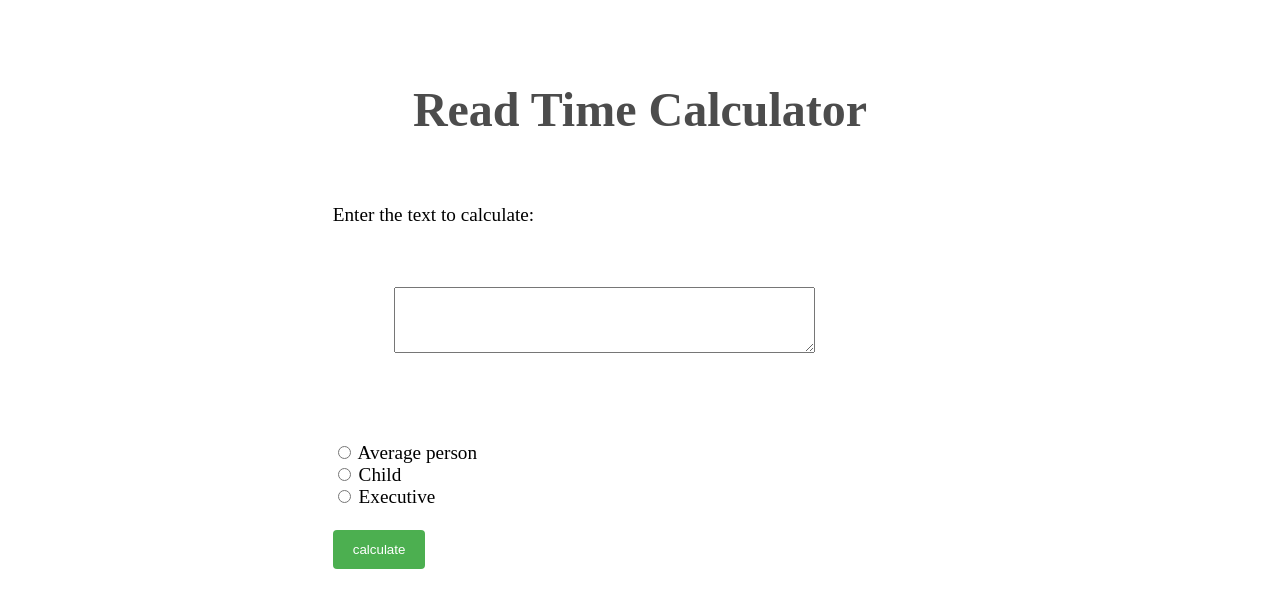
Repository: Full-Creative/Projects
Page: http://localhost/ReadTimeCalculator/
The author's editor kept a copy of each file at every save. The page is drawn from the files as they stood at one save, then again after the next save.
The browser window is 1280 px wide. The pictures show the whole page.
The page is served by Tomcat 9. Other server files are loaded and not shown.

Above is the page before, as saved 2020-11-19 10:34:13.

### ReadTimeCalculator/src/main/webapp/index.html
<!DOCTYPE html>
<html xmlns="http://www.w3.org/1999/xhtml" lang="en">
<head>
<meta http-equiv="content-type"
	content="application/xhtml+xml; charset=UTF-8" />
<title>Read Time Calculator</title>
<link rel="stylesheet" href="mystyle.css">

</head>
<body>

 	<header>
		<h1>Read Time Calculator</h1>
	<!--	<nav>
			<a href="">Average Read Time</a> <a href="">Child Read Time</a> <a
				href="">Executive Read Time</a>
		</nav>-->
	</header>
	<section class="userInput">
		<!--  <form action="/result" method="post" id="calculator">-->
		<label for="data" class="inputLabel">Enter the text to calculate:</label>
		<textarea id="data" name="data" rows="4" cols="50"></textarea>
		<br>
		<br> <input type="radio" id="average" name="type" value="average">
		<label for="type">Average person</label><br> <input type="radio"
			id="child" name="type" value="child"> <label for="type">Child</label><br>
		<input type="radio" id="executive" name="type" value="executive">
		<label for="type">Executive</label> <br>
		<br> <input type="submit" value="calculate" id="calculate">
		<br>
		<br>
		<div id="readTime"></div>
		<!-- </form>-->
	</section>
	<!--   <script src="http://code.jquery.com/jquery-latest.min.js"></script>-->
	<script src="script.js"></script>
</body>

</html>

### ReadTimeCalculator/src/main/webapp/mystyle.css
body {
	margin: 1%;
	padding: 1%;
	font-size: 100%;
}

header, footer {
	padding: 1%;
	margin: 1%;
}

header h1 {
	font-size: 3rem;
	color: rgba(0, 0, 0, .7);
	text-align: center;
}

nav {
	display: block;
	background-color: white;
	border: 1px solid black;
	text-align: center;
	border-radius: 35px;
	text-decoration: none;
	padding: 2%;
	margin: 1%;
}

nav a {
	padding: 1%;
	font-size: 1.2em;
}

.userInput {
	font-size: 1.2em;
	margin: auto;
	width: 50%;
	padding: 10px;
}

.userInput #data{
	margin :10%;
}

.userInput #calculate {
	background-color: #4CAF50;
	color: white;
	padding: 12px 20px;
	border: none;
	border-radius: 4px;
	cursor: pointer;
}

### ReadTimeCalculator/src/main/webapp/script.js
var element = document.querySelector('#calculate');

element.addEventListener("click", function() {
	onChangeSubmitCallWebServiceAJAX();
});
function onChangeSubmitCallWebServiceAJAX() {
	var data = document.getElementById("data").value;
	var type = document.querySelector('input[name="type"]:checked').value;
	xhr = new XMLHttpRequest();
	xhr.open('POST', 'time');
	xhr.setRequestHeader('Content-Type', 'application/json');
	xhr.onload = function() {
		if (xhr.status === 200 && xhr.readyState == 4) {
			document.getElementById('readTime').innerHTML = 'The read time of ' + JSON.parse(xhr.responseText).type + ' is ' + JSON.parse(xhr.responseText).minutes + ' minutes';
		}
		else if (xhr.status !== 200) {
			alert('Request failed.  Returned status of ' + xhr.status);
		}
	};

	xhr.send(JSON.stringify({
		text: data,
		type: type
	}));

}

After the next save:
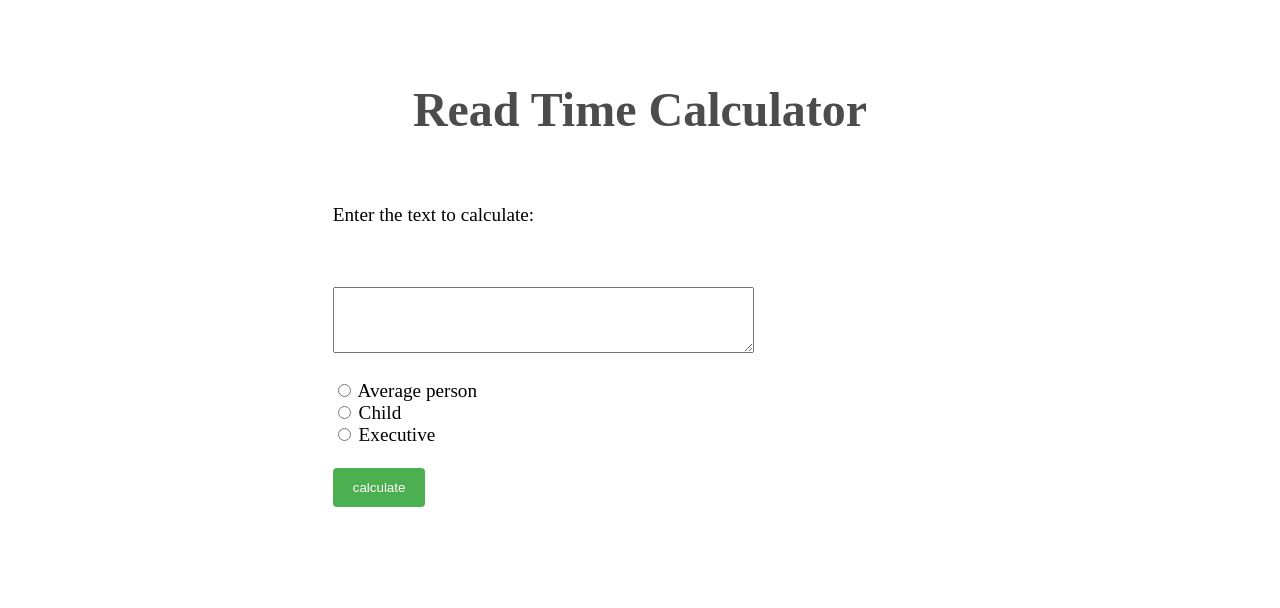
Saved 9 s later.
--- a/ReadTimeCalculator/src/main/webapp/mystyle.css
+++ b/ReadTimeCalculator/src/main/webapp/mystyle.css
@@ -39,7 +39,7 @@ nav a {
 }
 
 .userInput #data{
-	margin :10%;
+	margin-top :10%;
 }
 
 .userInput #calculate {
